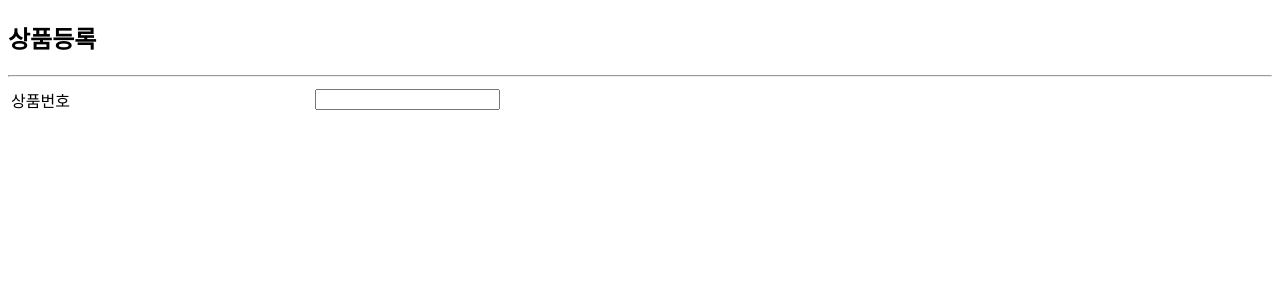
Repository: kimwoongasd/JSPAndServlet
Page: http://localhost/day1226/insertGoods.jsp
An editor plug-in stored every save of this project. The page is shown before and after the next save, followed by the edit.
The browser window is 1280 px wide. The pictures show the whole page.
The page is served by Tomcat 9. Other server files are loaded and not shown.

Above is the page before, as saved 2023-12-26 03:45:56.

### day1226/src/main/webapp/insertGoods.jsp
<%@ page language="java" contentType="text/html; charset=UTF-8"
    pageEncoding="UTF-8"%>
<!DOCTYPE html>
<html>
<head>
<meta charset="UTF-8">
<title>Insert title here</title>
</head>
<body>
	<h2>상품등록</h2>
	<hr>
	<form action="insetGoodsOK.jsp" method="post">
		<table width="80%">
			<tr>
				<td width="30%">상품번호</td>
				<td width="70%">
					<input type="text" required="required">
				</td>
			</tr>
		</table>
	</form>
</body>
</html>

After the next save:
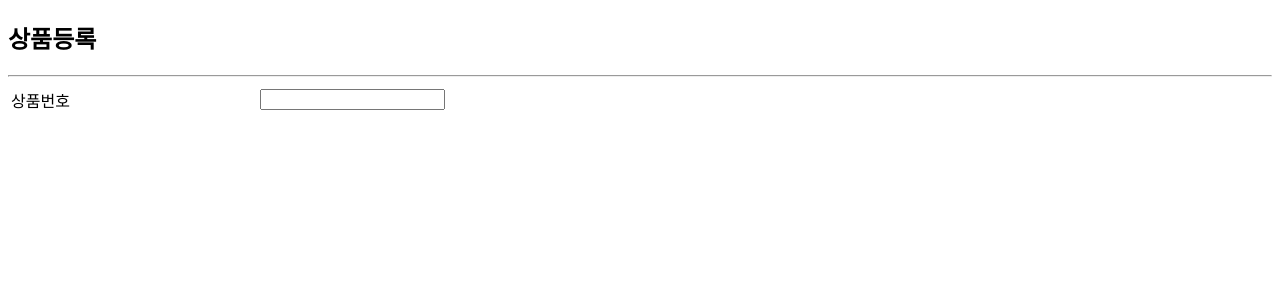
Saved 9 s later.
--- a/day1226/src/main/webapp/insertGoods.jsp
+++ b/day1226/src/main/webapp/insertGoods.jsp
@@ -12,8 +12,8 @@
 	<form action="insetGoodsOK.jsp" method="post">
 		<table width="80%">
 			<tr>
-				<td width="30%">상품번호</td>
-				<td width="70%">
+				<td>상품번호</td>
+				<td>
 					<input type="text" required="required">
 				</td>
 			</tr>

After the save that followed:
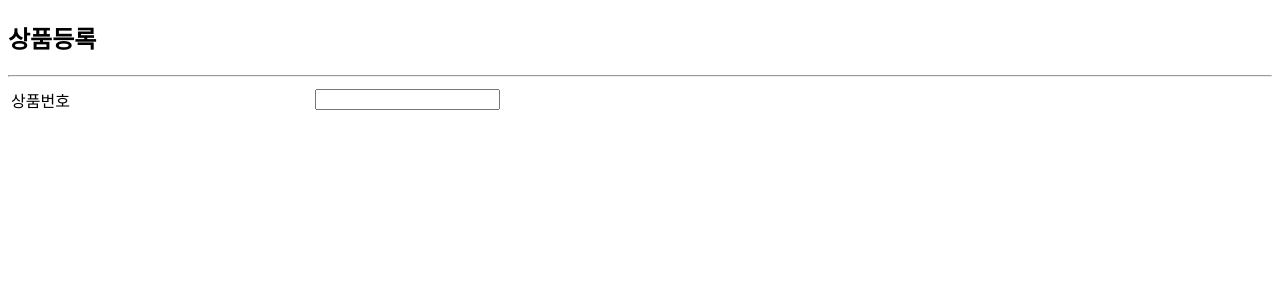
Saved 5 s later.
--- a/day1226/src/main/webapp/insertGoods.jsp
+++ b/day1226/src/main/webapp/insertGoods.jsp
@@ -12,8 +12,8 @@
 	<form action="insetGoodsOK.jsp" method="post">
 		<table width="80%">
 			<tr>
-				<td>상품번호</td>
-				<td>
+				<td width="30%">상품번호</td>
+				<td width="70%">
 					<input type="text" required="required">
 				</td>
 			</tr>
